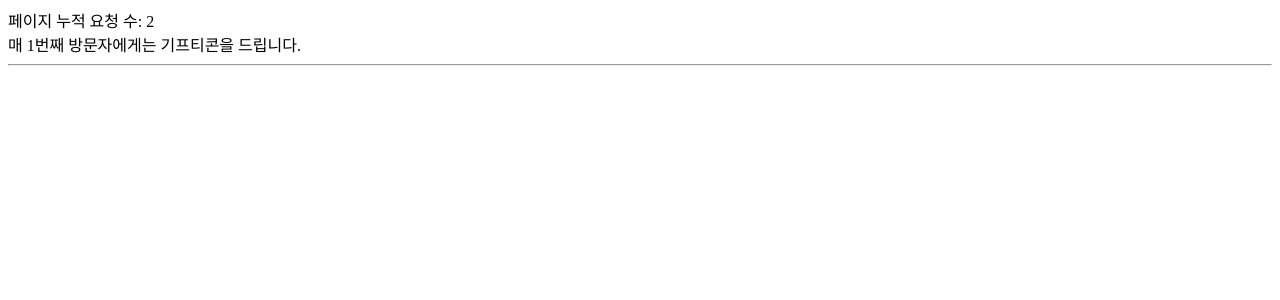
Repository: markahn02050/jsp_practice
Page: http://localhost/JSPBasic/JspTag/RandomGugu.jsp
An editor plug-in stored every save of this project. The page is shown before and after the next save, followed by the edit.
The browser window is 1280 px wide. The pictures show the whole page.
The page is served by Tomcat 9.

Above is the page before, as saved 2022-01-28 06:49:30.

After the next save:
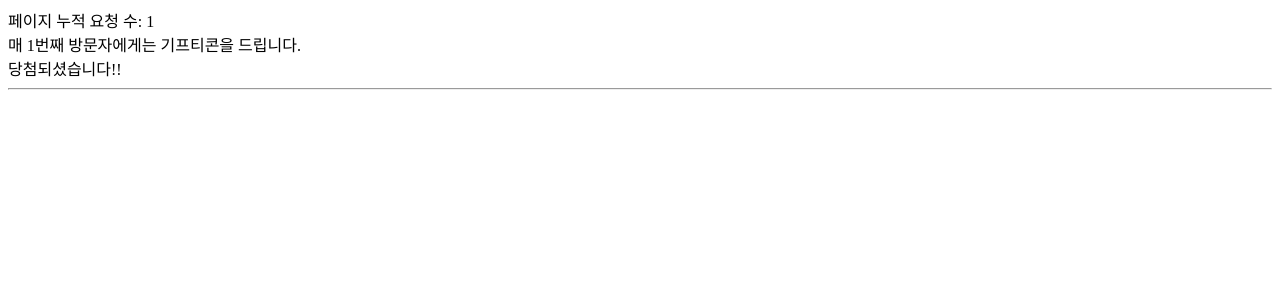
Saved 20 s later.
--- a/JSPBasic/src/main/webapp/JspTag/RandomGugu.jsp
+++ b/JSPBasic/src/main/webapp/JspTag/RandomGugu.jsp
@@ -8,7 +8,7 @@
 </head>
 <body>
 	<%!
-		int pageCount = 1;
+		int pageCount = 0;
 
 	%>
 

After the save that followed:
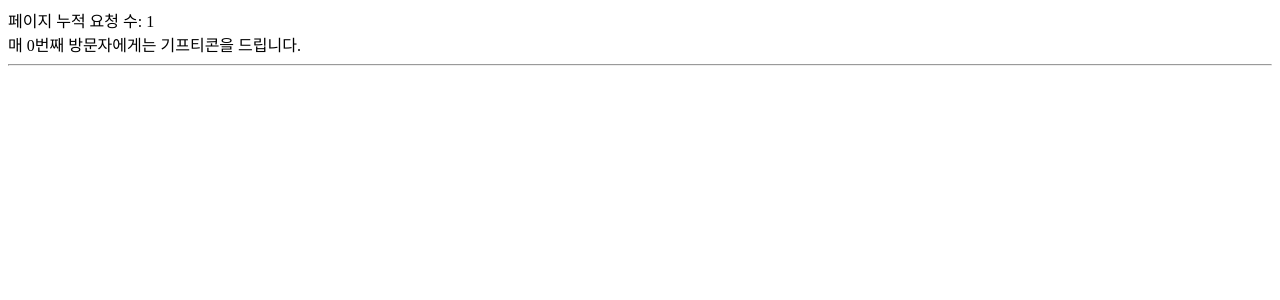
Saved 100 s later.
--- a/JSPBasic/src/main/webapp/JspTag/RandomGugu.jsp
+++ b/JSPBasic/src/main/webapp/JspTag/RandomGugu.jsp
@@ -14,7 +14,7 @@
 
 	<%
 
-		int randNum = ((int)Math.random() * 100) + 1;
+		int randNum = ((int)Math.random() * 100);
 
 		out.println("페이지 누적 요청 수: " + (++pageCount) + "<br/>");
 		out.println("매 " + randNum + "번째 방문자에게는 기프티콘을 드립니다." + "<br/>");
